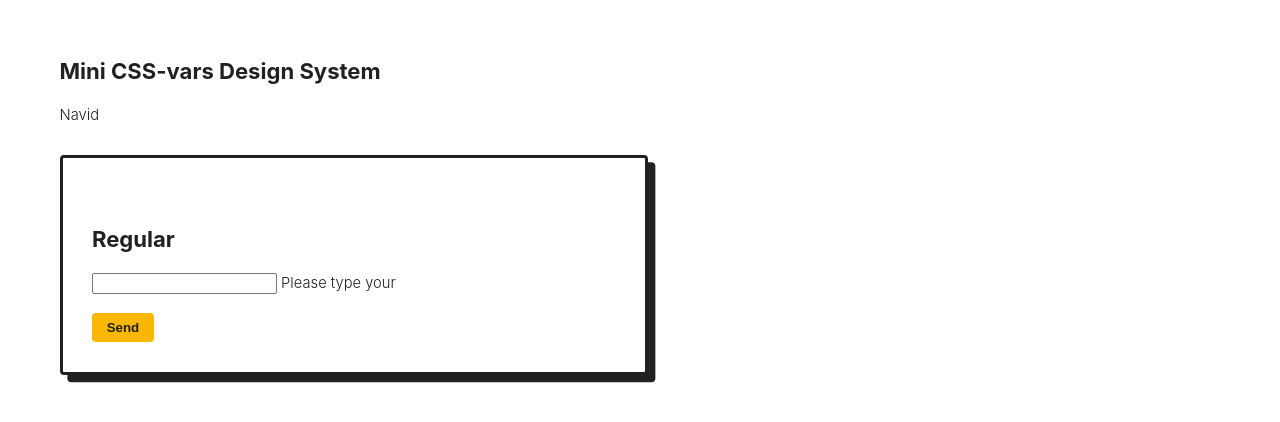
Repository: navid-amini12/capstone-1
Page: quiz.html
The author's editor kept a copy of each file at every save. The page is drawn from the files as they stood at one save, then again after a run of saves.
The browser window is 1280 px wide. The pictures show the whole page.
Some web fonts or font styles are not loaded; a fallback is used.

Above is the page before, as saved 2022-05-17 12:26:12.

### quiz.html

<head>
    <link rel="stylesheet" href="quiz.css">
    </head>

<article class="l-design-widht">
    <h1>Mini CSS-vars Design System</h1>

   <p>Navid</p>

    <div class="card">
      <h2><svg class="icon" aria-hidden="true">
        <h2>Regular</h2>
      <label class="input">
        <input class="input__field" type="text" placeholder=" " />
        <span class="input__label">Please type your</span>
      </label>
      <div class="button-group">
        <button>Send</button>

      </div>
    </div>



  <svg xmlns="http://www.w3.org/2000/svg" class="hidden">
    <symbol id="icon-coffee" viewBox="0 0 20 20">
      <title>icon-coffee</title>
      <path fill="currentColor" d="M15,17H14V9h3a3,3,0,0,1,3,3h0A5,5,0,0,1,15,17Zm1-6v3.83A3,3,0,0,0,18,12a1,1,0,0,0-1-1Z"/>
      <rect fill="currentColor" x="1" y="7" width="15" height="12" rx="3" ry="3"/>
      <path fill="var(--color-accent)" d="M7.07,5.42a5.45,5.45,0,0,1,0-4.85,1,1,0,0,1,1.79.89,3.44,3.44,0,0,0,0,3.06,1,1,0,0,1-1.79.89Z"/>
      <path fill="var(--color-accent)" d="M3.07,5.42a5.45,5.45,0,0,1,0-4.85,1,1,0,0,1,1.79.89,3.44,3.44,0,0,0,0,3.06,1,1,0,1,1-1.79.89Z"/>
      <path fill="var(--color-accent)" d="M11.07,5.42a5.45,5.45,0,0,1,0-4.85,1,1,0,0,1,1.79.89,3.44,3.44,0,0,0,0,3.06,1,1,0,1,1-1.79.89Z"/>
    </symbol>
  </svg>

### quiz.css
@import url('https://rsms.me/inter/inter.css');

:root {
  --color-light: white;
  --color-dark: #212121;
  --color-signal: #fab700;

  --color-background: var(--color-light);
  --color-text: var(--color-dark);
  --color-accent: var(--color-signal);

  --size-bezel: .5rem;
  --size-radius: 4px;

  line-height: 1.4;

  font-family: 'Inter', sans-serif;
  font-size: calc(.6rem + .4vw);
  color: var(--color-text);
  background: var(--color-background);
  font-weight: 300;
  padding: 0 calc(var(--size-bezel) * 3);
}





.card {
  background: var(--color-background);
  padding: calc(4 * var(--size-bezel));
  margin-top: calc(4 * var(--size-bezel));
  border-radius: var(--size-radius);
  border: 3px solid var(--color-shadow, currentColor);
  box-shadow: .5rem .5rem 0 var(--color-shadow, currentColor);




}


.l-design-widht {
  max-width: 40rem;
  padding: 2rem;
}

.input {
  position: relative;








}


.button-group {
  margin-top: calc(var(--size-bezel) * 2.5);
}

button {
  color: currentColor;
  padding: var(--size-bezel) calc(var(--size-bezel) * 2);
  background: var(--color-accent);
  border: none;
  border-radius: var(--size-radius);
  font-weight: 900;
}


.icon {
  display: inline-block;
  height: 0em;
  margin-right: .5em;
}

After the next 2 saves:
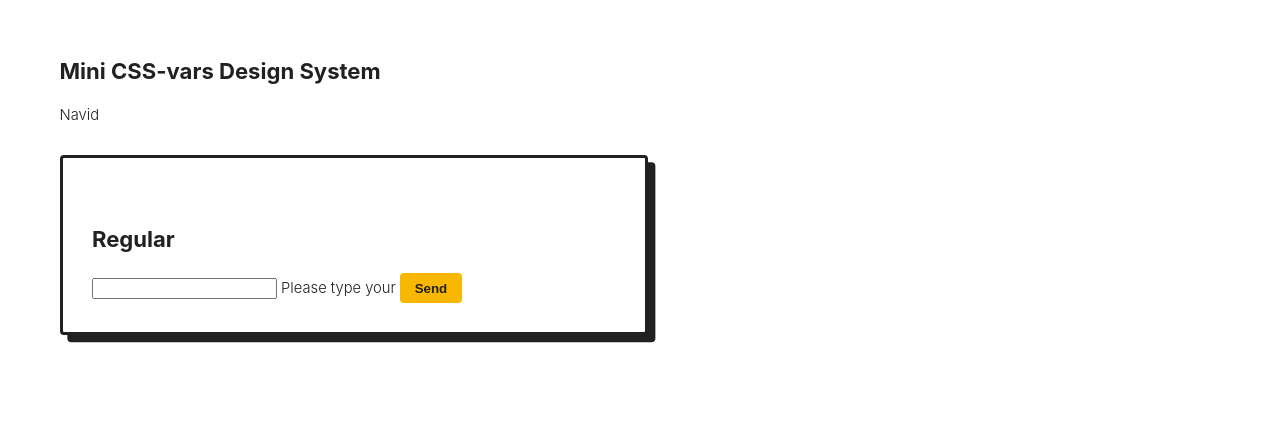
The 2 saves are shown as one change because they came seconds apart.
The last was saved 11 s later.
--- a/quiz.html
+++ b/quiz.html
@@ -15,10 +15,10 @@
         <input class="input__field" type="text" placeholder=" " />
         <span class="input__label">Please type your</span>
       </label>
-      <div class="button-group">
+
         <button>Send</button>
 
-      </div>
+
     </div>
 
 

After the save that followed:
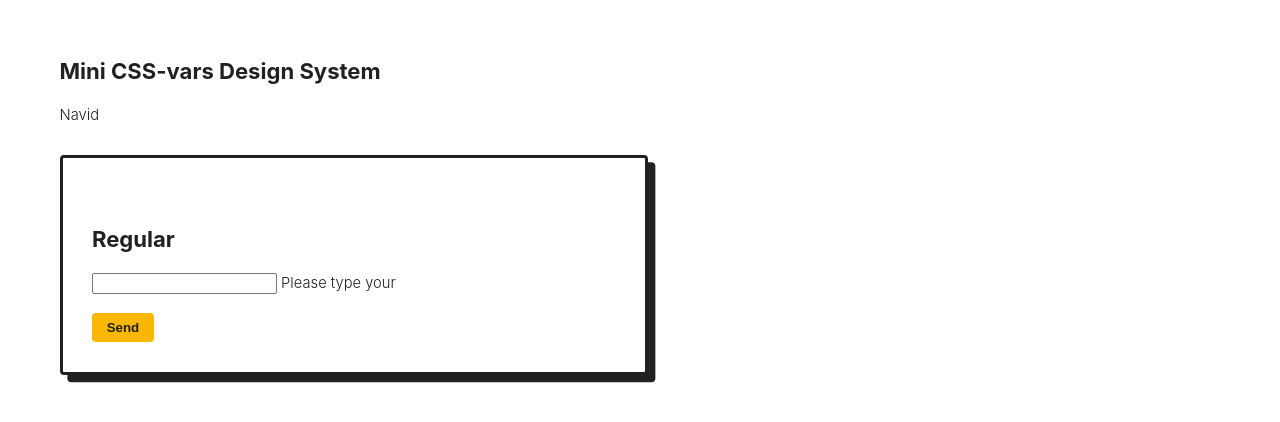
Saved 6 s later.
--- a/quiz.html
+++ b/quiz.html
@@ -15,10 +15,10 @@
         <input class="input__field" type="text" placeholder=" " />
         <span class="input__label">Please type your</span>
       </label>
-
+      <div class="button-group">
         <button>Send</button>
 
-
+      </div>
     </div>
 
 
